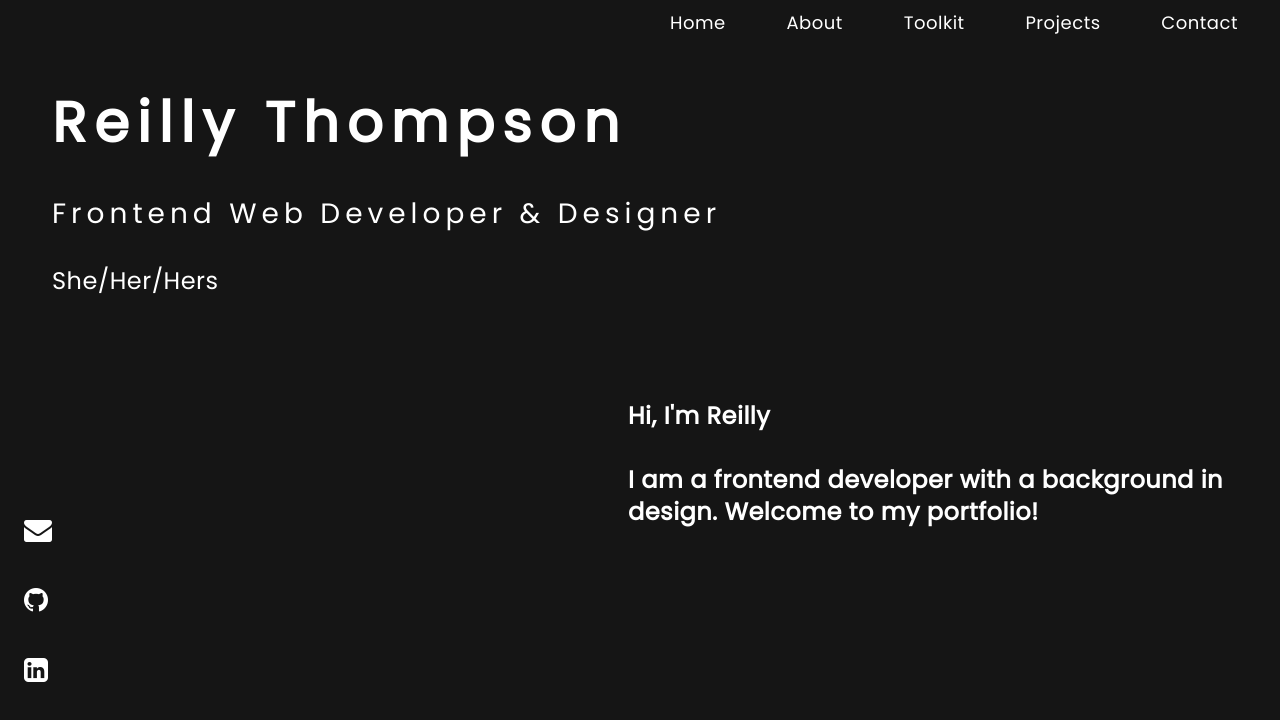
Repository: Rthompson2548/portfolio
Page: index.html
These files come from the project's save history. The page is drawn as it stood at one moment and after a run of saves; the edit follows.
The browser window is 1280 px wide. The pictures show the whole page.
Some web libraries are served in a nearby version.

Above is the page before, as saved 2022-04-13 10:53:45.

### index.html
<!DOCTYPE html>
<html>

<head>
	<meta name="viewport" content="width=device-width, initial-scale=1" />
	<!-- nav bar icons -->
	<link rel="stylesheet" href="https://cdnjs.cloudflare.com/ajax/libs/font-awesome/4.7.0/css/font-awesome.min.css" />
	<!-- font -->
	<link href="https://fonts.googleapis.com/css2?family=Roboto+Mono&display=swap" rel="stylesheet">
	<!-- toolkit icons -->
	<link rel="stylesheet" href="https://cdn.jsdelivr.net/gh/devicons/devicon@v2.14.0/devicon.min.css" />
	<link rel="stylesheet" href="https://cdn.jsdelivr.net/gh/devicons/devicon@v2.14.0/devicon.min.css" />
	<link href="https://fonts.googleapis.com/icon?family=Material+Icons" rel="stylesheet" rel="stylesheet" />
	<link rel="preconnect" href="https://fonts.googleapis.com">
	<link rel="preconnect" href="https://fonts.gstatic.com" crossorigin>
	<link href="https://fonts.googleapis.com/css2?family=Poppins&display=swap" rel="stylesheet">
	<!-- style.css file -->
	<link rel="stylesheet" href="style.css" />
	<title>Reilly Thompson</title>
</head>
<header class="header-container">
	<!-- nav bar -->
	<div id="nav-bar" class="nav-bar selectSection">
		<div>
			<button type="button" data-number="1" id="go-to-home" class="nav-bar-item active" href="#home">
					Home
				</button>
				<button type="button" data-number="2" id="go-to-about" class="nav-bar-item" href="#about">
					About
				</button>
				<button type="button" data-number="3" id="go-to-toolkit" class="nav-bar-item" href="#toolkit">
					Toolkit
				</button>
				<button type="button" data-number="4" id="go-to-projects" class="nav-bar-item" href="#projects">
					Projects
				</button>
				<button type="button" data-number="5" id="go-to-contact" class="nav-bar-item" href="#contact">
					Contact
				</button>
				</div>
				</div>
</header>

<body>
	<div class="contentSection">
		<!-- home page -->
		<div class="home content" data-number="1" id="home content">

			<div class="home-left">
				<p class="home-contact-icon">
					<a href="mailto: thompson.reilly@yahoo.com">
						<i class="fa fa-envelope" aria-hidden="true"></i> </a>
				</p>

				<p class="home-contact-icon">
					<a href="https://github.com/Rthompson2548" target="_blank">
						<i class="fa fa-github" aria-hidden="true"></i>
					</a>
				</p>

				<p class="home-contact-icon">
					<a href="https://www.linkedin.com/in/reillythompson/" target="_blank">
						<i class="fa fa-linkedin-square contact-icon-size white"></i>
					</a>
				</p>
			</div>

			<div class="home-middle">
				<h1 class="home-page-name">Reilly Thompson</h1>
				<h3 class="home-page-description">Frontend Web Developer & Designer<h3 />
				<h3 class="pronouns">
					She/Her/Hers
					<h3 />

			</div>

			<div class="home-right">
					<h4>Hi, I'm Reilly</h4>
					<h4>
						I am a frontend developer with a background in design. Welcome to my portfolio!
					</h4>

			</div>


			<!-- <div id="nav-bar" class="selectSection go-down-btn">

				<button type="button" data-number="2" id="go-to-about" class="nav-bar-item" href="#about">
					<i class="fa fa-angle-down"></i>
				</button>

			</div> -->


		</div>
		<!-- about -->
		<div name="about" data-number="2" id="about content" class="about content">
			<h2 class="page-title">About</h2>
			<div class="about-page">
				<div>
					<p class="about-text">
						Hi there,
					</p>
					<p></p>
					<p class="about-text">
						Thanks for stopping by! I am a Front End Developer with a background in graphic and UI design. I have 3 years of total experience in the tech field, and a certificate in full stack engineering from Thinkful. I am truly passion about using my technical and design skills to create modern web applications that deliver engaging user experiences.
					</p>
					<p class="about-text">
						I am highly motivated, creative and driven to use my career to make a positive impact. I am constantly improving my skills and staying up to date with the latest trends in technology.

					</p>
					<p class="about-text">
						When I'm not coding, you can find me spending time with friends, family, and dogs.
					</p>
				</div>
				<!-- <div>
					<img class="profile-img" src="/images/profile.jpg" alt="">
				</div> -->
			</div>
			</div>
			<!-- toolkit -->
			<div name="toolkit" data-number="3" id="toolkit content" class="toolkit content">
				<h2 class="page-title">Toolkit</h2>
			<div>
				<!-- icon grid here -->
				<div>
					<h1 class="toolkit-icons-row toolkit-section-title">Front End</h1>
					<div class="toolkit-icons-row">
						<i class="toolkit-icon devicon-html5-plain-wordmark colored"></i>
						<i class="toolkit-icon devicon-css3-plain-wordmark colored"></i>
						<i class="toolkit-icon devicon-react-original-wordmark colored"></i>
						</div>
						<div class="toolkit-icons-row">
							<i class="toolkit-icon devicon-bootstrap-plain-wordmark "></i>
							<i class="toolkit-icon devicon-jquery-plain-wordmark colored"></i>
					</div>
				</div>

				<div>
					<h1 class="toolkit-icons-row toolkit-section-title">Back End</h1>
					<div class="toolkit-icons-row">
						<i class="toolkit-icon devicon-nodejs-plain-wordmark colored"></i>
						<i class="toolkit-icon devicon-express-original white"></i>
						<i class="toolkit-icon devicon-postgresql-plain-wordmark colored"></i>
					</div>
				</div>
				<div>
					<h1 class="toolkit-icons-row toolkit-section-title">Additional Tools</h1>

						<div class="toolkit-icons-row">
							<i class="toolkit-icon devicon-javascript-plain colored"></i>
							<i class="toolkit-icon devicon-heroku-plain-wordmark "></i>
							<i class="toolkit-icon devicon-typescript-plain colored"></i>
							</div>
							<div class="toolkit-icons-row">
							<i class="toolkit-icon devicon-git-plain-wordmark red"></i>
							<i class="toolkit-icon devicon-vscode-plain-wordmark colored"></i>
						</div>
				</div>
				</div>
			</div>
					<!-- projects -->
		<div name="projects" class="projects content" data-number="4" id="projects content">
						<h2 class="page-title">Projects</h2>

							<div class="project-section">
								<div class="project-title">
									<a href="https://cocktail-point.vercel.app/" target="_blank">
										Hex Code Generator
									</a>

								</div>

								<div class="demo-code">
									<a class="demo-code-item demo-code-item-first" href="https://github.com/Rthompson2548/hex-code-generator"
										target="_blank">
										<p>Code</p>
										<i class="fa fa-code"></i>
									</a>

									<a class="demo-code-item" href="https://hex-code-generator.vercel.app/" target="_blank">
										<p>Demo</p>
										<i class="fa fa-eye"></i>
									</a>

								</div>


								<a href="https://hex-code-generator.vercel.app/" target="_blank">
									<img src="/images/updated-hex-generator.PNG">
								</a>
							</div>


							<div class="project-section">
								<div class="project-title">
									<a href="https://cocktail-point.vercel.app/" target="_blank">
										Cocktail Handbook
									</a>

								</div>
								<div class="demo-code">
									<a class="demo-code-item demo-code-item-first" href="https://github.com/Rthompson2548/cocktails" target="_blank">
										<p>Code</p>
										<i class="fa fa-code"></i>
									</a>

									<a class="demo-code-item" href="https://cocktail-point.vercel.app/" target="_blank">
										<p>Demo</p>
										<i class="fa fa-eye"></i>
									</a>

								</div>


								<a href="https://cocktail-point.vercel.app/" target="_blank">
									<img src="/images/cocktail-handbook.PNG" alt="movie booker project image">
								</a>
							</div>

							<div class="project-section">
								<div class="project-title">
									<a href="https://github.com/Rthompson2548/boolean-job-searcher" target="_blank">
										Boolean Job Finder
									</a>

								</div>

								<div class="demo-code">
									<a class="demo-code-item demo-code-item-first" href="https://github.com/Rthompson2548/boolean-job-searcher"
										target="_blank">
										<p>Code</p>
										<i class="fa fa-code"></i>
									</a>

									<a class="demo-code-item" href="https://boolean-job-searcher.vercel.app/" target="_blank">
										<p>Demo</p>
										<i class="fa fa-eye"></i>
									</a>

								</div>


								<a href="https://boolean-job-searcher.vercel.app/" target="_blank">
									<img src="/images/boolean.PNG">
								</a>
							</div>


						<div class="project-section">
							<div class="project-title">
								<a href="https://finance-tracker-woad.vercel.app/" target="_blank">
									Finance Tracker
								</a>
							</div>


							<div class="demo-code">
								<a class="demo-code-item demo-code-item-first" href="https://github.com/Rthompson2548/finance-tracker"
									target="_blank">
									<p>Code</p>
									<i class="fa fa-code"></i>
								</a>

								<a class="demo-code-item" href="https://finance-tracker-woad.vercel.app/" target="_blank">
									<p>Demo</p>
									<i class="fa fa-eye"></i>
								</a>

							</div>

							<a href="https://finance-tracker-woad.vercel.app/" target="_blank">
								<img src="/images/finance-tracker-img.PNG" alt="movie booker project image">
							</a>
						</div>

						<div class="project-section">
							<div class="project-title">
								<a href="https://movie-theatre-booking-app.vercel.app/" target="_blank">
									Cinema Hub
								</a>
							</div>



							<div class="demo-code">
								<a class="demo-code-item demo-code-item-first" href="https://github.com/Rthompson2548/cinema-hub"
									target="_blank">
									<p>Code</p>
									<i class="fa fa-code"></i>
								</a>

								<a class="demo-code-item" href="https://movie-theatre-booking-app.vercel.app/" target="_blank">
									<p>Demo</p>
									<i class="fa fa-eye"></i>
								</a>

							</div>


						<a href="https://movie-theatre-booking-app.vercel.app/" target="_blank">
								<img src="/images/cinema-hub-app.PNG" alt="movie booker project image">
							</a>
						</div>

						<div class="project-section">
							<div class="project-title">
								<a href="https://project-decoder-ring.vercel.app/" target="_blank">
									Crypto-Messenger
								</a>
							</div>




							<div class="demo-code">
								<a class="demo-code-item demo-code-item-first" href="https://github.com/Rthompson2548/encode-decode" target="_blank">
									<p>Code</p>
									<i class="fa fa-code"></i>
								</a>

								<a class="demo-code-item" href="https://project-decoder-ring.vercel.app/" target="_blank">
									<p>Demo</p>
									<i class="fa fa-eye"></i>
								</a>

							</div>

							<a href="https://project-decoder-ring.vercel.app/" target="_blank">
								<img src="/images/crypto-message-application.PNG" alt="decoder ring app project image">
							</a>
						</div>




		</div>
		<!-- contact -->
		<div name="contact" data-number="5" id="contact content" class="contact content">
			<h1 class="page-title">Contact Me</h1>

				<ul class="contact-icons">
					<li class="contact-icon">
							<a href="https://github.com/Rthompson2548" target="_blank">
								<i class="fa fa-github" aria-hidden="true"></i>

							</a>
							<p class="contact-icon-text">@Rthompson2548</p>
					</li>

					<li class="contact-icon">
							<a href="https://www.linkedin.com/in/reillythompson/" target="_blank">
								<i class="fa fa-linkedin-square contact-icon-size white"></i>
							</a>
							<p class="contact-icon-text">@reillythompson</p>
					</li>

					<li class="contact-icon">
						<a href="mailto: thompson.reilly@yahoo.com">
							<i class="fa fa-envelope" aria-hidden="true"></i> </a>
						<p class="contact-icon-text">thompson.reilly@yahoo.com</p>

					</li>

					<li class="contact-icon">
						<a href="tel:9712803415">
							<i class="fa fa-phone" aria-hidden="true"></i>
						</a>
						<p class="contact-icon-text">971-280-3415</p>
					</li>

					<li class="contact-icon">
						<a href="sms:9712803415">
							<i class="fa fa-comment" aria-hidden="true"></i>
						</a>
						<p class="contact-icon-text">971-280-3415</p>

					</li>
				</ul>
		</div>


		</div>
		</div>

	<script src="script.js"></script>
</body>

</html>

### style.css
/* global */
* {
  font-family: 'Poppins', sans-serif;
  max-width: 100%;
  background-color: #151515;
  color: #fff;
  letter-spacing: 0.5px;
}

a {
  text-decoration: none;
  color: #fff;
  /* letter-spacing: 4px; */
  padding-bottom: 5px;
}

.fa-angle-down {
  font-size: 58px;
  font-weight: medium;
  text-align: center !important;
}

.go-down-btn {
  position: fixed;
  left: 50%;
  bottom: 0px;
  transform: translate(-50%, -50%);
  margin: 0 auto;
}

.header-container {
  display: flex;
  flex-direction: row;
}

.hidden {
  display: none;
}

.content {
  margin: 10px 36px 0px 36px;
  padding-top: 24px;
}

.page-title {
  font-size: 42px;
  margin-bottom: 16px;
}

.nav-bar {
  display: flex;
  position: fixed;
  padding-bottom: 10px;
  justify-content: space-evenly;
  width: 100%;
  top: 0;
}

.fa-code {
  color: #fff;
}


.nav-bar-item {
  font-size: 10px;
  border: none;
  margin-top: 8px;
}

.home {
  display: flex;
  flex-direction: column;
}

.home-middle {
  margin-left: 8px;
}

.home-right {
  right: 0;
  bottom: 0;
  position: absolute;
  font-size: 14px;
  font-weight: 100 !important;
  width: 250px;
  margin: 0 12px 80px 0;
  line-height: 2.5rem;
}

.home-contact-icon {
  font-size: 28px;
}

.home-left {
  left: 0;
  bottom: 0;
  position: absolute;
  padding: 0 12px 0 24px;
}

.view-work-button {
  padding: 8px 28px;
  margin-top: 12px;
  border: none;
  color: #fff;
  border-radius: 12px;
  font-size: 16px;
  /* letter-spacing: 1.5px; */
  background-color: blueviolet;
}

.profile-img {
  width: 300px;
  height: auto;
}

.pronouns {
  font-size: 16px;
  /* letter-spacing: 1.6px; */
  font-weight: normal;
}

.home-page-name {
  font-size: 28px;
  font-weight: medium;
  overflow-wrap: normal;
  width: 350px;
  display: table-caption;
  margin-bottom: 0px;
  /* letter-spacing: 5px; */
}

.home-page-description {
  font-size: 16px;
  font-weight: normal;
  width: 350px;
}

.toolkit-section-title {
  font-size: 28px;
  /* letter-spacing: 2px; */
  font-weight: normal;
}

.toolkit-icons-row {
  display: flex;
  justify-content: space-evenly;
  margin: 72px 10px 40px 0;
}

.toolkit-icon {
  font-size: 65px;
  margin: 0 6px;
}

/* change name */
.white-icon {
  color: rgb(255, 255, 255);
  margin-right: 14px;
  text-decoration: none;
  font-size: 20px;
}


.contact-icon {
  text-decoration: none;
  font-size: 36px;
  display: flex;
  flex-direction: column;
  align-items: center;

}

.contact-icon-text {
  font-size: 14px;
  margin-top: 0px;
}

.contact-icons {
  font-size: 42px;
  /* margin-top: 25%; */
}

.project-section {
  display: flex;
  flex-direction: column;
  align-items: center;
  margin: 52px 0;
}

.project-section i {
  font-size: 32px;
  margin-bottom: 24px;
}

.project-section img {
  border-radius: 5px;
  width: 300px;
  height: auto;
  box-shadow: rgba(0, 0, 0, 0.07) 0px 1px 1px, rgba(0, 0, 0, 0.07) 0px 2px 2px, rgba(0, 0, 0, 0.07) 0px 4px 4px, rgba(0, 0, 0, 0.07) 0px 8px 8px, rgba(0, 0, 0, 0.07) 0px 16px 16px;
}

.demo-code {
  display: flex;
  justify-content: center;
}

.demo-code-item {
  display: flex;
  flex-direction: column;
  align-items: center;
  margin: 3px 10px;
}

.demo-code-item i {
  font-size: 20px;
}

.project-title {
  font-weight: bold;
  font-size: 18px;
  margin: 18px 0;
}

.page-text {
  font-size: 20px;
  font-weight: 100;
  line-height: 2rem;
}

.about-page {
  display: flex;
  flex-direction: column;
}

.about-text {
  font-size: 14px;
  width: 300px;
}
/** only displays home page when website is displayed */
.content:not(:first-child) {
    display: none;
}


@media (min-width: 500px) {
  .nav-bar-item {
    font-size: 14px;
    margin-right: 18px;
  }

  .home-page-description {
    font-size: 18px;
    width: 500px;
  }

  .home-page-name {
    width: 500px;
    font-size: 36px;
  }

  .home-right {
    width: 350px;
    font-size: 18px;
    margin-right: 32px;
    margin-bottom: 116px;
  }

  .about-text {
    font-size: 16px;
    width: 450px;
  }
}

@media (min-width: 600px) {
  .about-text {
    width: 575px;
  }

  .toolkit-section-title {
    font-size: 38px;
  }
}

/* desktop view */
@media (min-width: 800px) {
  .contact {
    font-size: 30px;
  }

  .fa-angle-down {
    font-size: 72px;
  }

  .view-work-button {
    margin-top: 30px;
    padding: 12px 38px;
    font-size: 24px;
  }

  .home-page-description {
    font-size: 24px;
    margin-bottom: 28px;
  }

  .home-right {
    width: 500px;
    font-size: 20px;
    margin: 0 52px 125px 0px;
    line-height: 2rem;
  }

  .pronouns {
    font-size: 24px;
  }

  .nav-bar-item {
    font-size: 16px;
    padding-right: 32px;
  }

  .nav-bar {
    display: flex;
    justify-content: end;
  }

  .page-title {
    font-size: 42px;
    margin-bottom: 24px;
    font-weight: 300;
    margin-right: 12px;
  }

  .home-page-name {
    font-size: 48px;
    width: 750px;
  }

  .toolkit-icon {
    font-size: 100px;
    margin: 22px;
  }

  .home {
    flex-direction: row;
  }

  .project-section img {
    width: 400px;
    height: auto;
    box-shadow: rgba(0, 0, 0, 0.3) 0px 19px 38px, rgba(0, 0, 0, 0.22) 0px 15px 12px;
  }

  .project-title {
    font-size: 32px;
  }

  .contact-icons {
    font-size: 100px;
    /* margin-top: 10% */
  }

  .contact {
    margin-bottom: 0 !important;
  }

  .page-text {
    margin: 0 75px 0 0;
  }

.about-page {
  display: flex;
  flex-direction: row;
}

.about-text {
  font-size: 22px;
  line-height: 2.25rem;
  width: 750px;
}

.profile-img {
  width: 300px;
  height: auto;
  /* margin-top: 40px; */
  margin-bottom: 12px;
  margin-right: 75px;
}

}



@media (min-width: 900px) {

.about-page {
  display: flex;
  flex-direction: row;
}

.fa-angle-down {
  font-size: 92px;
}

.profile-img {
  width: 500px;
  height: auto;
  margin-right: 100px;
}

  .home-page-name {
    letter-spacing: 8px;
    font-size: 56px;
    width: 700px;
  }

  .home-page-description {
    font-size: 28px;
    letter-spacing: 5px;
    width: 700px;
  }

  .home-right {
    width: 600px;
    font-size: 24px;
    margin-bottom: 160px;
  }

  .nav-bar-item {
    font-size: 18px;
  }

   .project-section img {
    width: 600px;
    height: auto;
  }

  .page-text {
    margin: 0 250px 10px 0;
  }
}

@media (min-width: 1000px) {
  .about-text {
    width: 950px;
  }

  .toolkit-section-title {
    font-size: 42px;
  }

  .page-title {
    font-size: 44px;
  }
}

@media (min-width: 1200px) {
  .about-text {
    width: 1175px;
  }
}

### script.js
let Buttons = document.querySelectorAll(".selectSection button")

const goToHomePage = document.getElementById("go-to-home");
const home = document.getElementById("home");

const goToAboutPage = document.getElementById("go-to-about");
const about = document.getElementById("about");


const goToToolkitPage = document.getElementById("go-to-toolkit");
const toolkit = document.getElementById("toolkit");

const goToProjectsPage = document.getElementById("go-to-projects");
const projects = document.getElementById("projects");

const goToContactPage = document.getElementById("go-to-contact")
const contact = document.getElementById("contact");


for (let button of Buttons) {
    button.addEventListener("click", (event) => {
        const eventTarget = event.target;

        const activePage = document.querySelector(".active");

        if (activePage) {
            activePage.classList.remove("active");
        }

        eventTarget.classList.add("active");

        let allContent = document.querySelectorAll(".content");

        for (let content of allContent) {
            if (content.getAttribute("data-number") === button.getAttribute("data-number")) {
                content.style.display = "block";
            }

            else {
                content.style.display = "none";
            }
        }
    })
}

After the next 2 saves:
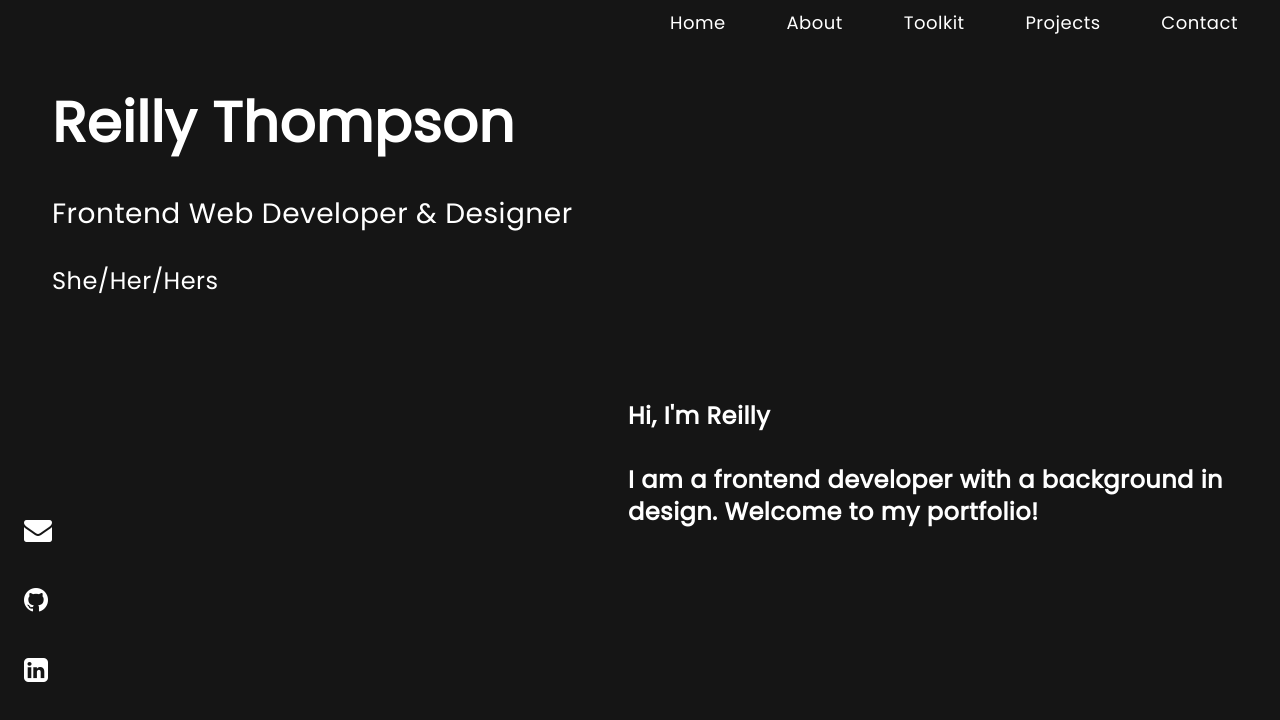
The 2 saves are shown as one change because they came seconds apart.
The last was saved 10 s later.
--- a/style.css
+++ b/style.css
@@ -409,14 +409,12 @@ a {
 }
 
   .home-page-name {
-    letter-spacing: 8px;
     font-size: 56px;
     width: 700px;
   }
 
   .home-page-description {
     font-size: 28px;
-    letter-spacing: 5px;
     width: 700px;
   }
 
